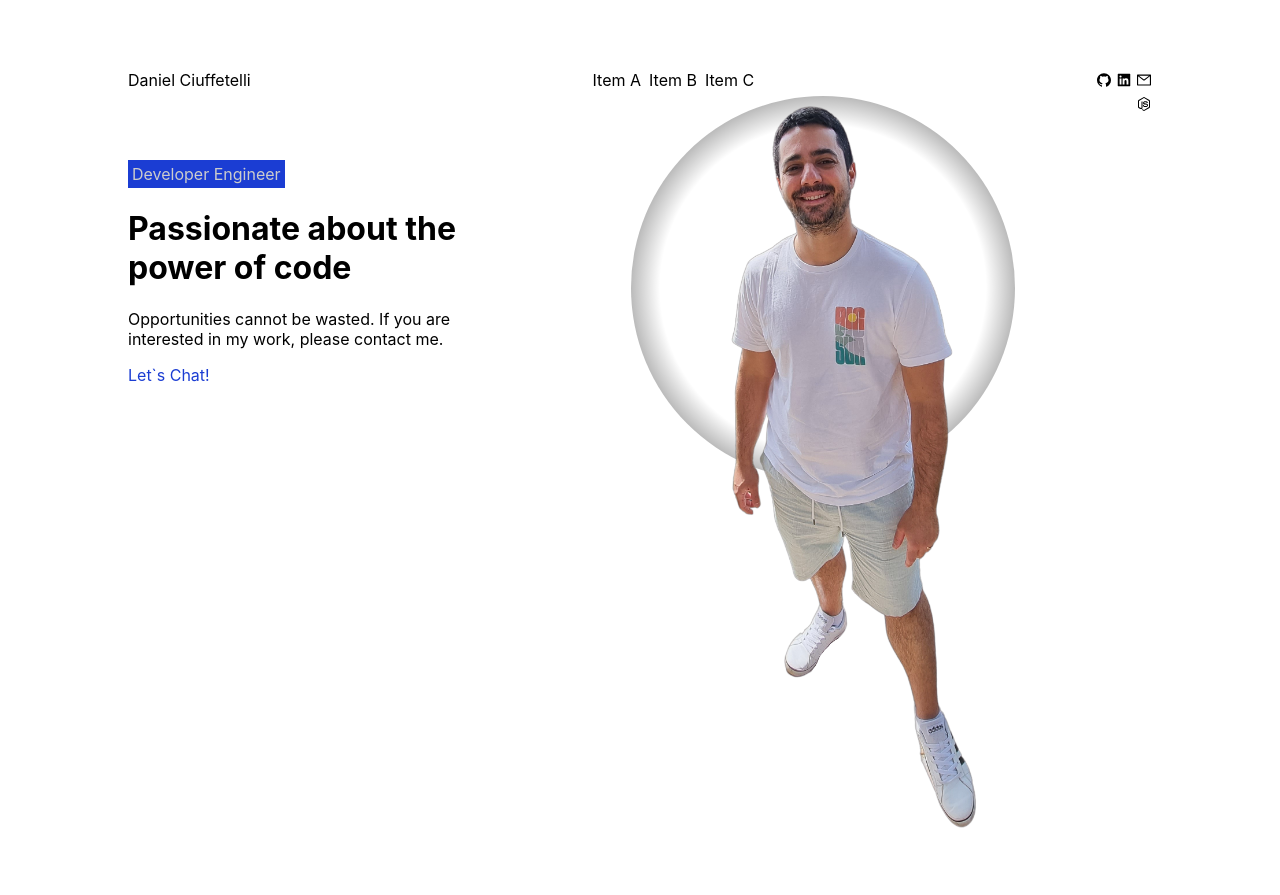
Repository: ciuffetelli/portfolio
Page: /
An editor plug-in stored every save of this project. The page is shown before and after the next save, followed by the edit.
The browser window is 1280 px wide. The pictures show the whole page.
The project was rebuilt for these pictures with package versions that can differ from the ones it lists, and the page was loaded fresh each time. The framework's server and built-in components were replaced by stand-ins that run in the browser. Also part of the build but not shown: next.config.js.

Above is the page before, as saved 2022-12-04 16:47:39.

After the next save:
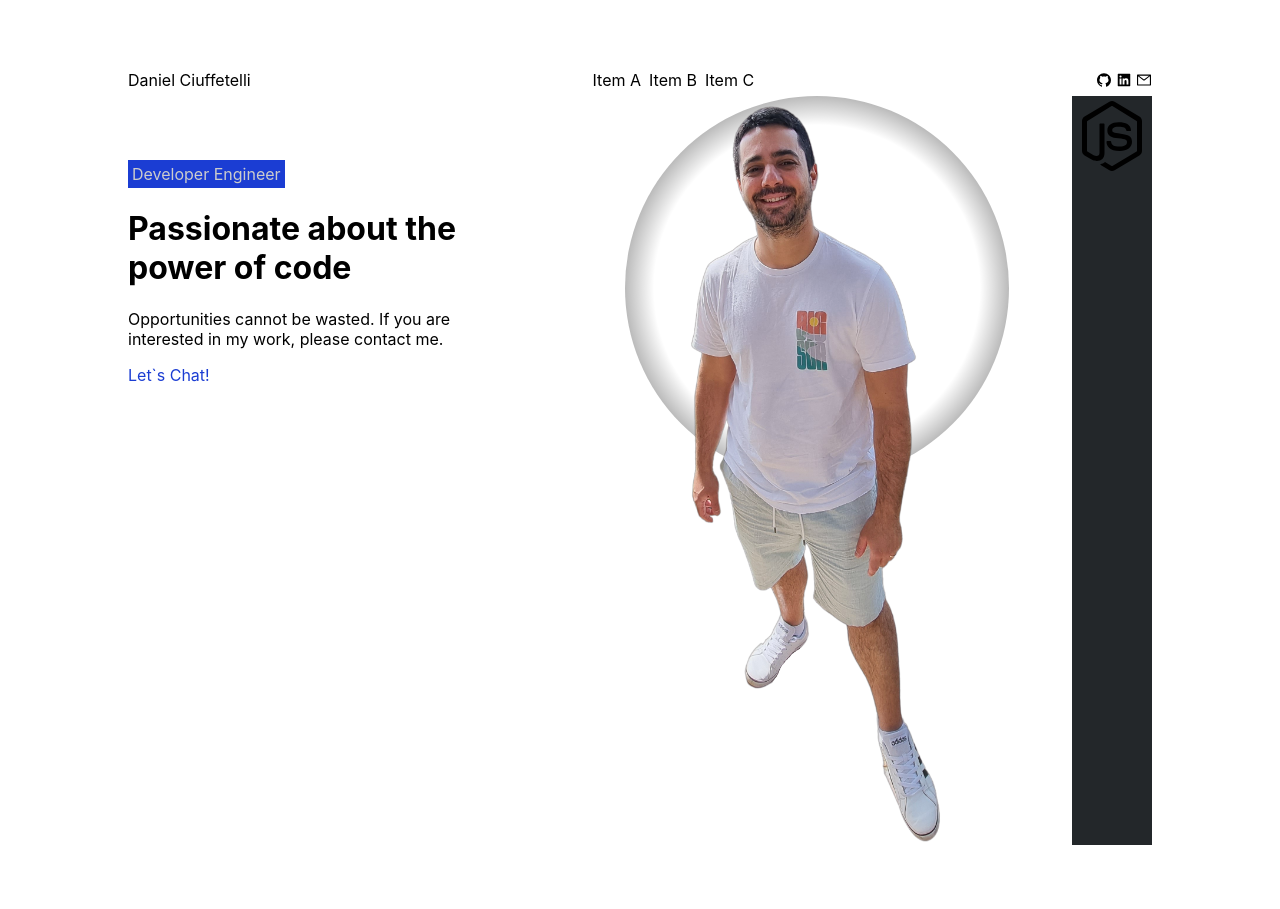
Saved 83 s later.
--- a/Components/Hero.tsx
+++ b/Components/Hero.tsx
@@ -74,4 +74,7 @@
     margin: auto;
 `
 
-const Tech = styled.div``
+const Tech = styled.div`
+    font-size: 5rem;
+    background: #23272a;
+`
